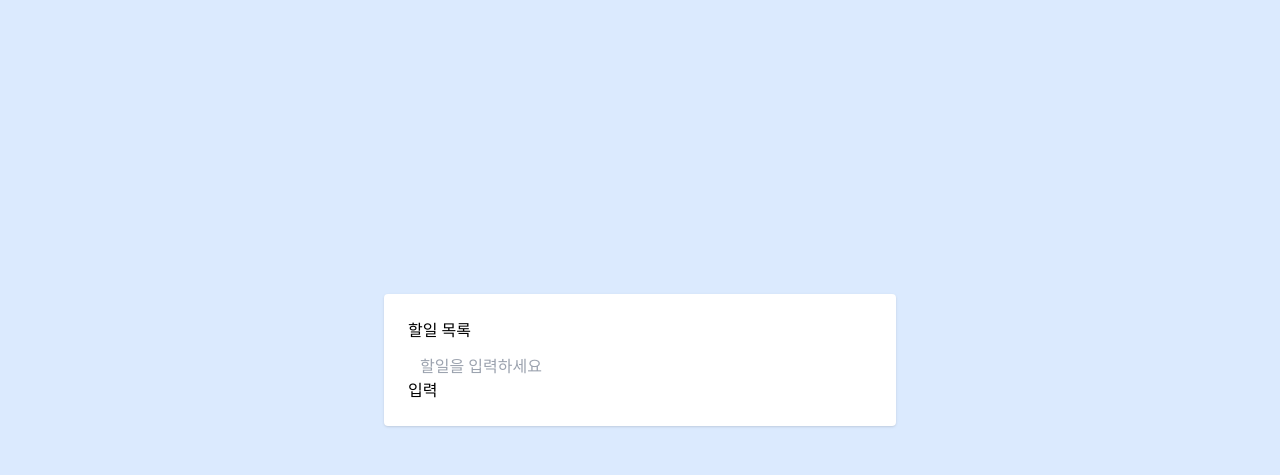
Repository: siwon9898/react-learn
Page: /
These files come from the project's save history. The page is drawn as it stood at one moment and after the next save; the edit follows.
The browser window is 1280 px wide. The pictures show the whole page.
The project was rebuilt for these pictures with package versions that can differ from the ones it lists, and the page was loaded fresh each time. Also part of the build but not shown: src/index.css.

Above is the page before, as saved 2023-03-30 13:13:56.

### public/index.html
<!-- 페이지 템플릿 -->
<!DOCTYPE html>
<html lang="en">
  <head>
    <meta charset="utf-8" />
    <link rel="icon" href="%PUBLIC_URL%/favicon.ico" />
    <meta name="viewport" content="width=device-width, initial-scale=1" />
    <meta name="theme-color" content="#000000" />
    <meta
      name="description"
      content="Web site created using create-react-app"
    />
    <link rel="apple-touch-icon" href="%PUBLIC_URL%/logo192.png" />
    <!--
      manifest.json provides metadata used when your web app is installed on a
      user's mobile device or desktop. See https://developers.google.com/web/fundamentals/web-app-manifest/
    -->
    <link rel="manifest" href="%PUBLIC_URL%/manifest.json" />
    <!--
      Notice the use of %PUBLIC_URL% in the tags above.
      It will be replaced with the URL of the `public` folder during the build.
      Only files inside the `public` folder can be referenced from the HTML.

      Unlike "/favicon.ico" or "favicon.ico", "%PUBLIC_URL%/favicon.ico" will
      work correctly both with client-side routing and a non-root public URL.
      Learn how to configure a non-root public URL by running `npm run build`.
    -->
    <title>React App</title>
  </head>
  <body>
    <noscript>You need to enable JavaScript to run this app.</noscript>
    <div id="root"></div>
    <!--
      This HTML file is a template.
      If you open it directly in the browser, you will see an empty page.

      You can add webfonts, meta tags, or analytics to this file.
      The build step will place the bundled scripts into the <body> tag.

      To begin the development, run `npm start` or `yarn start`.
      To create a production bundle, use `npm run build` or `yarn build`.
    -->
  </body>
</html>

### src/index.js
//js 시작점
import React from 'react';
import ReactDOM from 'react-dom/client';
import './index.css';
import App from './App';
import reportWebVitals from './reportWebVitals';

const root = ReactDOM.createRoot(document.getElementById('root'));
root.render(
  <React.StrictMode>
    <App />
  </React.StrictMode>
);

// If you want to start measuring performance in your app, pass a function
// to log results (for example: reportWebVitals(console.log))
// or send to an analytics endpoint. Learn more: https://bit.ly/CRA-vitals
reportWebVitals();

### src/App.js
import React from "react";
import { useState } from "react";
import "./App.css";
import List from "./components/List";
import Form from "./components/Form";
// export default class App extends Component {
//   btnStyle = {
//     color: "#fff",
//     border: "none",
//     padding: "5px 9px",
//     borderRadius: "50%",
//     cursor: "pointer",
//     float: "right",
//   };

//   getStyle = (completed) => {
//     return {
//       padding: "10px",
//       borderBottom: "1px #ccc dotted",
//       textDecoration: completed ? "line-through" : "none",
//     };
//   };

//   state = {
//     todoData: [],
//     value: "",
//   };

//   handleClick = (id) => {
//     let newTodoData = this.state.todoData.filter((data) => data.id !== id);
//     this.setState({ todoData: newTodoData });
//   };

//   handleChange = (e) => {
//     this.setState({ value: e.target.value });
//   };

//   handleSubmit = (e) => {
//     e.preventDefault(); //form안에서 input 전송(submit)할때 reload 막아줌

//     //새로운 할일 데이터
//     let newTodo = {
//       id: Date.now(),
//       title: this.state.value,
//       completed: false,
//     };
//     //원래있던 할일에 새로운 할일 추가해줌
//     this.setState({ todoData: [...this.state.todoData, newTodo], value: "" });
//   };

//   handleCompleteChange = (id) => {
//     let newTodo = this.state.todoData.map((data) => {
//       if (data.id === id) {
//         data.completed = !data.completed;
//       }
//       return data;
//     });

//     this.setState({ todoData: newTodo });
//   };
//   render() {
//     return (
//       <div className="container">
//         <div className="todoBlock">
//           <div className="title">
//             <h1>할일 목록</h1>
//           </div>
//           {/* map은 배열 요소를 함수를 거쳐 새로운 배열을 반환해준다 */}
//           {this.state.todoData.map((data) => (
//             <div style={this.getStyle(data.completed)} key={data.id}>
//               {/* 여러개의 객체를 넣을때는 unique한 key prop이 있어야함 */}
//               <input
//                 type="checkbox"
//                 defaultChecked={false}
//                 onChange={() => this.handleCompleteChange(data.id)}
//               />
//               {data.title}
//               {/* 중괄호로 넣어야 실제 데이터가 들어감 */}
//               <button
//                 style={this.btnStyle}
//                 onClick={() => this.handleClick(data.id)}
//               >
//                 X
//               </button>
//             </div>
//           ))}

//           <form style={{ display: "flex" }} onSubmit={this.handleSubmit}>
//             <input
//               type="text"
//               name="value"
//               placeholder="할일을 입력하세요"
//               style={{ flex: "10", padding: "5px" }}
//               value={this.state.value}
//               onChange={this.handleChange}
//             />
//             <input
//               type="submit"
//               value="입력"
//               className="btn"
//               style={{ flex: "1" }}
//             />
//           </form>
//         </div>
//       </div>
//     );
//   }
// }

export default function App() {
  const [TodoData, setTodoData] = useState([]);
  const [value, setValue] = useState("");
  const handleSubmit = (e) => {
    e.preventDefault();

    let newTodo = {
      id: Date.now(),
      title: value,
      complete: false,
    };
    setTodoData((prev) => [...prev, newTodo]);
    setValue("");
  };
  return (
    <div className="flex items-center justify-center w-screen h-screen bg-blue-100">
      <div className="w-full p-6 m-4 bg-white rounded shadow lg:w-3/4 lg:max-w-lg">
        <div className="flex justify-between mb-3">
          <h1>할일 목록</h1>
        </div>
        {/* tododata state는여러개의 컴포넌트에서 쓰기때문에 state자체를 옮기기보다는 props로 내려주는것이 적합 */}
        <List TodoData={TodoData} setTodoData={setTodoData} />
        <Form handleSubmit={handleSubmit} value={value} setValue={setValue} />
      </div>
    </div>
  );
}

### src/components/List.js
import React from "react";

export default function List({ TodoData, setTodoData }) {
  const handleCompleteChange = (id) => {
    let newTodo = TodoData.map((data) => {
      if (data.id === id) {
        data.complete = !data.complete;
      }
      return data;
    });
    setTodoData(newTodo);
  };

  const handleClick = (id) => {
    let newTodoData = TodoData.filter((data) => data.id !== id);
    setTodoData(newTodoData);
  };

  return (
    <div>
      {TodoData.map((data) => (
        <div key={data.id}>
          <input
            type="checkbox"
            defaultChecked={false}
            onChange={() => handleCompleteChange(data.id)}
          />
          {data.title}
          <button onClick={() => handleClick(data.id)}>X</button>
        </div>
      ))}
    </div>
  );
}

### src/components/Form.js
import React from "react";

export default function Form({ handleSubmit, value, setValue }) {
  const handleChange = (e) => {
    setValue(e.target.value);
  };

  return (
    <form onSubmit={handleSubmit}>
      <input
        className="w-full px-3"
        type="text"
        name="value"
        placeholder="할일을 입력하세요"
        value={value}
        onChange={handleChange}
      />
      <input type="submit" value="입력" />
    </form>
  );
}

Loaded but not shown: src/reportWebVitals.js (common file); src/App.css (common file); tailwind.config.js (common file)

After the next save:
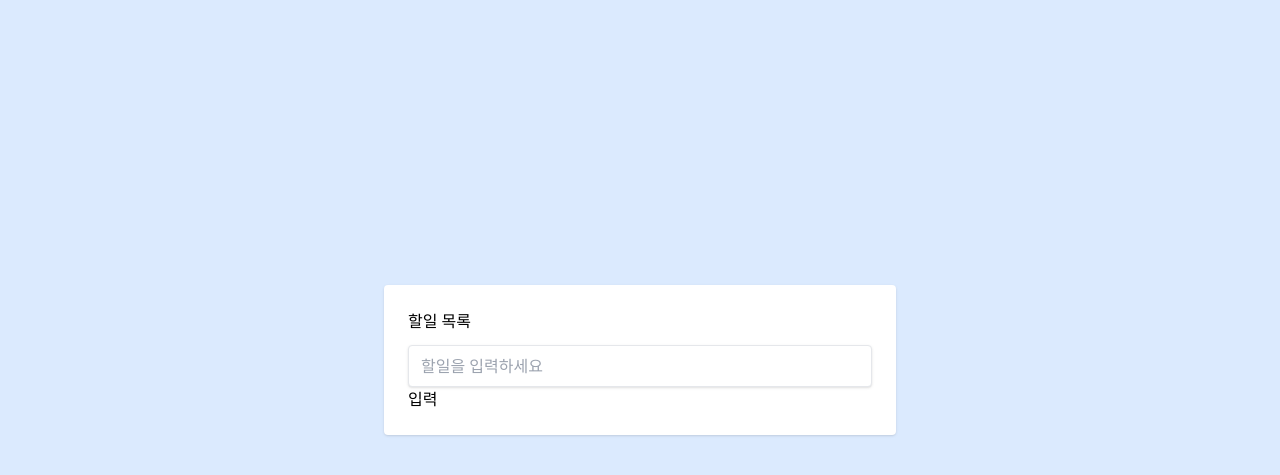
Saved 31 s later.
--- a/src/components/Form.js
+++ b/src/components/Form.js
@@ -8,7 +8,7 @@ export default function Form({ handleSubmit, value, setValue }) {
   return (
     <form onSubmit={handleSubmit}>
       <input
-        className="w-full px-3"
+        className="w-full px-3 py-2 mr-4 text-gray-500 border rounded shadow"
         type="text"
         name="value"
         placeholder="할일을 입력하세요"
